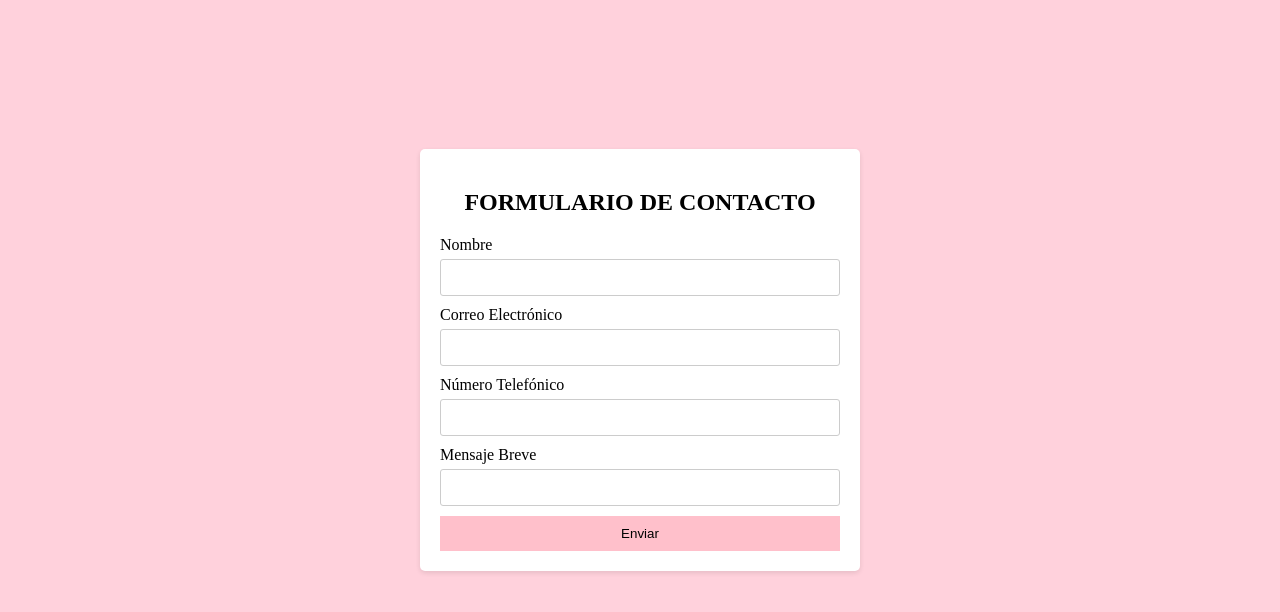
Repository: UVMCoyoacan/InnovaWeb
Page: indexformu.html
These files come from the project's save history. The page is drawn as it stood at one moment and after the next save; the edit follows.
The browser window is 1280 px wide. The pictures show the whole page.

Above is the page before, as saved 2024-03-01 13:26:58.

After the next save:
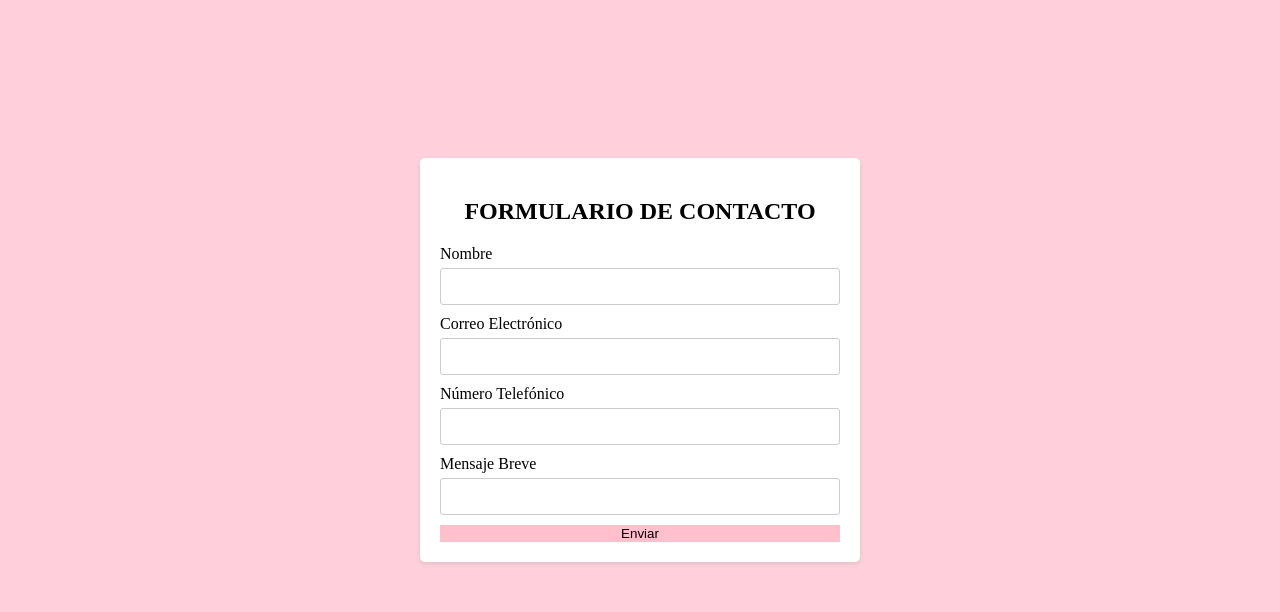
Saved 24 s later.
--- a/indexformu.html
+++ b/indexformu.html
@@ -43,7 +43,7 @@
             background-color: pink;
             color: black;
             border: 1vmin;
-            padding: 10px 10px;
+            padding: 10px, 10px;
             cursor: pointer;
             border-radius: 0px;
             width: 100%;
